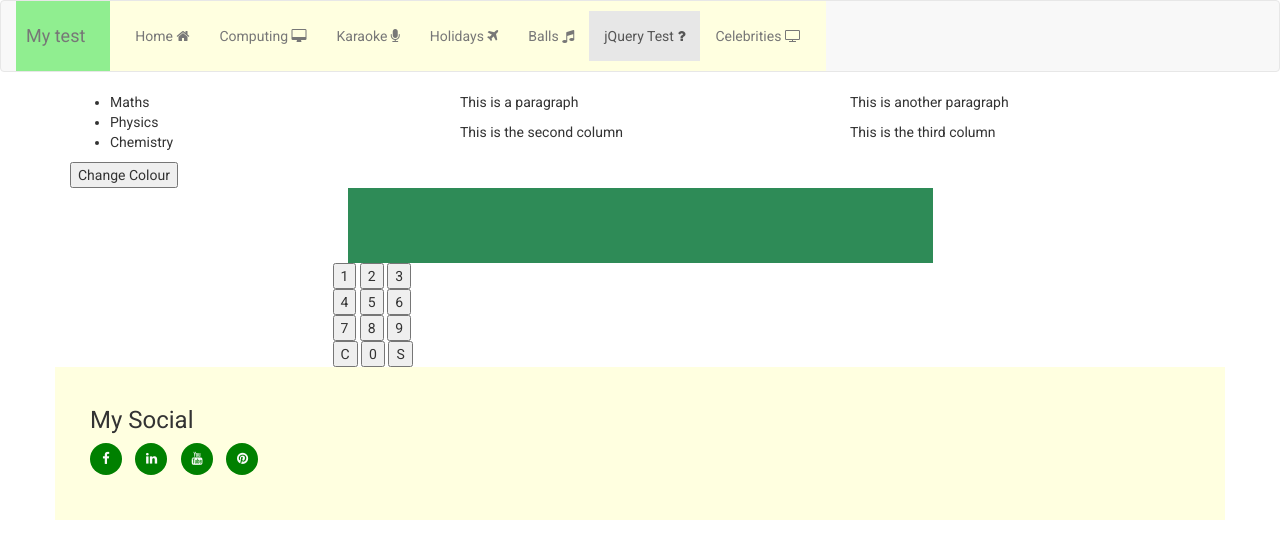
Repository: derektypist/bootstrap
Page: jquerydemo.html
The author's editor kept a record of every edit. The page is drawn from the files as they stood at one moment, then again after the next edit.
The browser window is 1280 px wide. The pictures show the whole page.
Some web libraries are served in a nearby version.

Above is the page before.

### jquerydemo.html
<!DOCTYPE html>
<html>
<head>
<meta name="viewport" content="width=device-width, initial-scale=1.0">
<title>Derek's Bootstrap Experience - Jquery Test</title>

<!-- Load Style Sheets -->

<link rel="stylesheet" href="https://maxcdn.bootstrapcdn.com/bootstrap/3.3.7/css/bootstrap.min.css">
<link rel="stylesheet" href="https://maxcdn.bootstrapcdn.com/font-awesome/4.7.0/css/font-awesome.min.css" type="text/css" />
<link rel="stylesheet" href="style.css" type="text/css">

<!-- Load Scripts -->
<script src="https://code.jquery.com/jquery-3.2.1.min.js" integrity="sha256-hwg4gsxgFZhOsEEamdOYGBf13FyQuiTwlAQgxVSNgt4=" crossorigin="anonymous"></script>
<script src="https://maxcdn.bootstrapcdn.com/bootstrap/3.3.7/js/bootstrap.min.js" integrity="sha384-Tc5IQib027qvyjSMfHjOMaLkfuWVxZxUPnCJA7l2mCWNIpG9mGCD8wGNIcPD7Txa" crossorigin="anonymous"></script>
<script>
    $(document).ready(function(){
        $("button").click(function(){
            $(".myhighlight").css("color", "orange");
        });
        $("p").mouseenter(function(){
            $(this).css("color", "green")
        });
        $("p").mouseleave(function(){
            $(this).css("color", "purple")
        });
    });
</script>
</head>
<body>
<nav class="navbar navbar-default">
        <div class="container-fluid">
            <!-- Logo -->
            <div class="navbar-header">
                <a href="index.html" class="navbar-brand">My test</a>
            </div>

            <!-- navbar with icons -->
            <ul class="nav navbar-nav">
                <li><a href="index.html">Home <i class="fa fa-home" aria-hidden="true"></i></a></li>
                <li><a href="computing.html">Computing <i class="fa fa-desktop" aria-hidden="true"></i></a></li>
                <li><a href="karaoke.html">Karaoke <i class="fa fa-microphone" aria-hidden="true"></i></a></li>
                <li><a href="holidays.html">Holidays <i class="fa fa-plane" aria-hidden="true"></i></a></li>
                <li><a href="balls.html">Balls <i class="fa fa-music" aria-hidden="true"></i></a></li>
                <li class="active"><a href="jquerydemo.html">jQuery Test <i class="fa fa-question" aria-hidden="true"></i></a></li>
                <li><a href="celebrities.html">Celebrities <i class="fa fa-television" aria-hidden="true"></i></a></li>
            </ul>
        </div>
    </nav>

    <!-- Section -->
    <section class="container">
        <article class="row">
            <article class="col-sm-4">
                <ul>
                <li class="myhighlight">Maths</li>
                <li>Physics</li>
                <li>Chemistry</li>
            </ul>
            <button>Change Colour</button>
            </article>
            <article class="col-sm-4">
                <p>This is a paragraph</p>
                <p>This is the second column</p>
            </article>
            <article class="col-sm-4">
                <p>This is another paragraph</p>
                <p>This is the third column</p>
            </article>

        </article>

        <!-- Set Up Keypad -->
        <div class="row">
            <div id="keypad">
                <div id="display"></div>

                <!-- Set Up First Row for Keypad -->
                <div class="row">
                    <button id="one">1</button>
                    <button id="two">2</button>
                    <button id="three">3</button>
                </div>

                <!-- Set Up Second Row for Keypad -->
                <div class="row">
                    <button id="four">4</button>
                    <button id="five">5</button>
                    <button id="six">6</button>
                </div>

                <!-- Set Up Third Row for Keypad -->
                <div class="row">
                    <button id="seven">7</button>
                    <button id="eight">8</button>
                    <button id="nine">9</button>
                </div>

                <!-- Set Up Fourth Row for Keypad -->
                <div class="row">
                    <button id="clear">C</button>
                    <button id="zero">0</button>
                    <button id="settings">S</button>
                </div>
            </div>



            </div>
        </div>
    </section>

     <!-- Footer -->
       <footer class="container">
           <div class="row" id="footer-details">
               <h3>My Social</h3>
               <ul class="list-inline social-links">

                    <li><a target="_blank" href="https://www.facebook.com/derek.dhammaloka/" title="Facebook"><i class="fa fa-facebook"></i></a></li>
                    <li><a target="_blank" href="https://www.linkedin.com/in/derekdhammaloka" title="LinkedIn"><i class="fa fa-linkedin"></i></a></li>
                    <li><a target="_blank" href="https://www.youtube.com/user/derekthesec" title="YouTube"><i class="fa fa-youtube"></i></a></li>
                    <li><a target="_blank" href="https://www.pinterest.co.uk/derekthesec" title="Pinterest"><i class="fa fa-pinterest"></i></a></li>
               </ul>
           </div>
       </footer>

</body>
</html>

### style.css
/* Import Font */

@import url('https://fonts.googleapis.com/css?family=Roboto');

/* Body */

body {

    font-family: "Roboto", Arial, Verdana, sans-serif;
    height: 100%;
}

/* Liked Comments */

.liked {
    background-color: lightblue;
    padding: 10px;
}

/* Jumbotron */

.jumbotron {
    background-color: pink;
}

/* List Items */

.list-items {
    color: green;
}

.list-items a {
    text-decoration: none;
    color: orange;
}

.list-items a:hover {
    text-decoration: none;
    color: purple;
}

/* Margin Styles */
.mgn-col {
    margin-left: 10px;
}

/* Navbar Styles */
.navbar-header {
    background-color: lightgreen;
    padding: 10px;
}

.navbar-nav {
    background-color: lightyellow;
    padding: 10px;
}

/* Table Styles */
th {
    background-color: lightblue;
}


/* Download PDF Styles */
.download-pdf {
    color: green;
    text-align: center;
    font-size: 18px;
    padding-left: 5px;
}

.download-pdf i:hover {
    color: orange;
    transition: all 0.35s ease-in-out;
    -moz-transition: all 0.35s ease-in-out;
    -webkit-transition: all 0.35s ease-in-out;
    -o-transition: all 0.35s ease-in-out;
}

/* Footer */
footer {
    background-color: lightyellow;
    min-height: 50px;
    margin: 0;
}

.social-links {
    padding-bottom: 15px;
}

.social-links li a i {
    width: 32px;
    height: 32px;
    padding: 12px 0px;
    border-radius: 50%;
    font-size: 13px;
    line-height: 7px;
    text-align: center;
    color: #fafafa;
    background: green;
    transition: all 0.35s ease-in-out;
    -moz-transition: all 0.35s ease-in-out;
    -webkit-transition: all 0.35s ease-in-out;
    -o-transition: all 0.35s ease-in-out;

}

.social-links li a i:hover {
    background: purple;

}

#footer-details {
    margin: 20px;
}

/* jQueryDemo - Keypad */

#keypad {
    width: 50%;
    margin: auto;
}

#display {
    height: 75px;
    font-size: 2.5em;
    background-color: seagreen;
    color: white;
    text-align: center;
}

After the next edit:
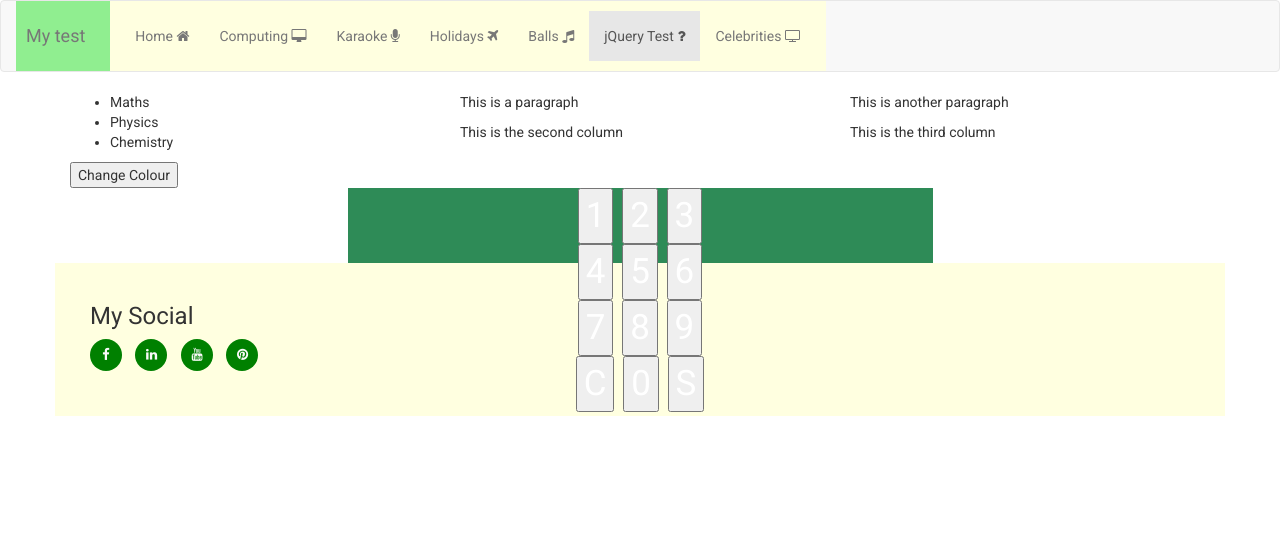
The edit:
--- a/jquerydemo.html
+++ b/jquerydemo.html
@@ -71,9 +71,9 @@
         </article>
 
         <!-- Set Up Keypad -->
-        <div class="row">
-            <div id="keypad">
-                <div id="display"></div>
+        <article class="row">
+            <article id="keypad">
+                <article id="display"></div>
 
                 <!-- Set Up First Row for Keypad -->
                 <div class="row">
